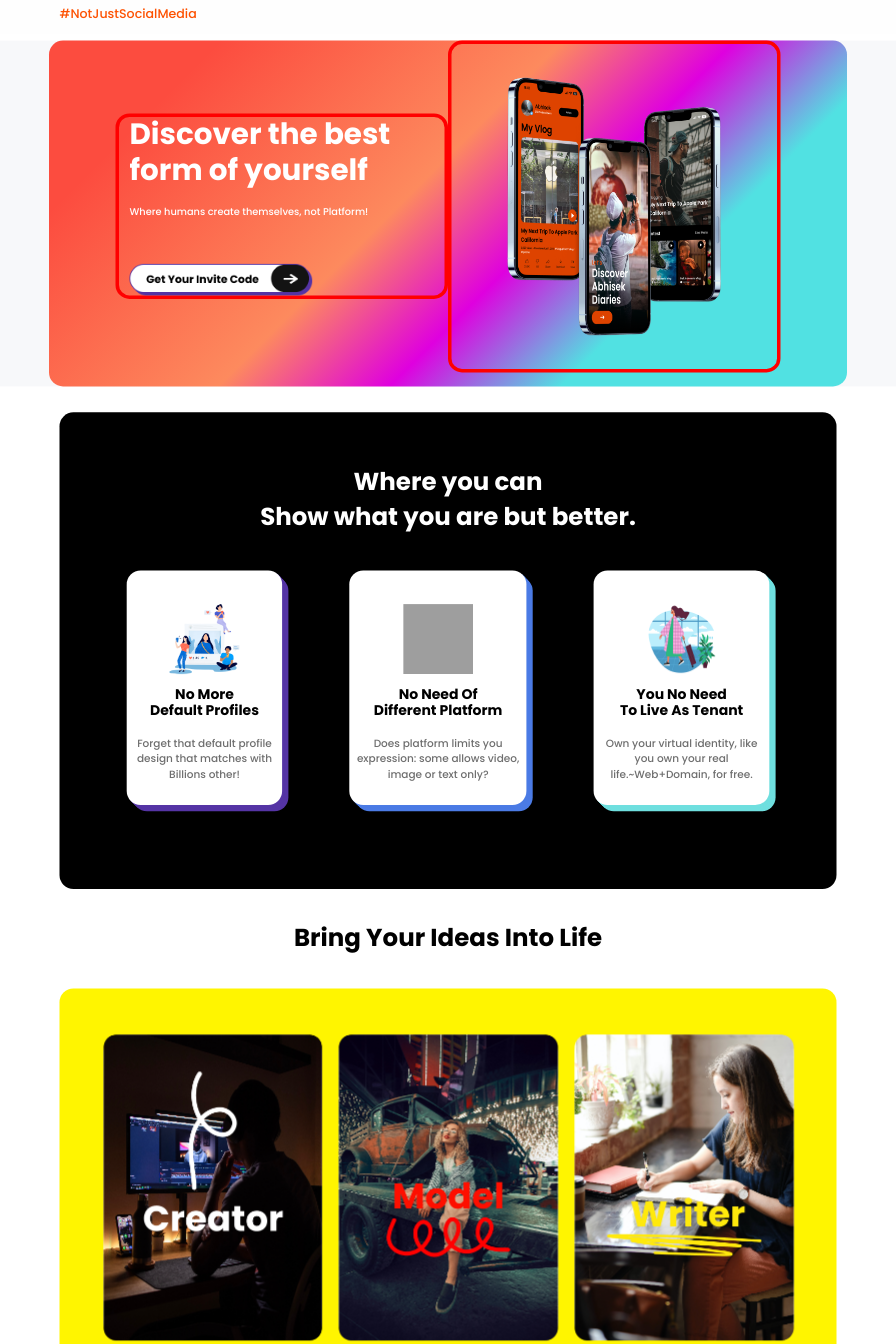
Repository: itsmesikandar/swavy.in.github.io
Page: index.html
These files come from the project's save history. The page is drawn as it stood at one moment and after the next save; the edit follows.
The browser window is 1280 px wide. The pictures show the part of the page from y = 0 to 1920 px (the page is 5181 px tall before and 5180 px after), at 70% of full size.
Pictures or frames that could not be fetched are drawn as grey boxes.

Above is the page before, as saved 2023-02-24 17:44:35.
Console error: TypeError: Cannot read properties of undefined (reading 'fn')

### index.html
<!DOCTYPE html>
<html lang="en">
<head>
  <title>Swavy | Not Just Social Media</title>

  <meta charset="UTF-8">
  <meta name="viewport" content="width=device-width, initial-scale=1.0">
  <meta http-equiv="X-UA-Compatible" content="ie=edge">
  <link rel="stylesheet" href="vendors/owl-carousel/css/owl.carousel.min.css">
  <link rel="stylesheet" href="vendors/owl-carousel/css/owl.theme.default.css">
  <link rel="stylesheet" href="vendors/mdi/css/materialdesignicons.min.css">
  <link rel="stylesheet" href="vendors/aos/css/aos.css">
  <link rel="stylesheet" href="css/style.min.css">
  <link rel="stylesheet" href="css/style.css">
  <link rel="stylesheet"
        href="https://cdnjs.cloudflare.com/ajax/libs/OwlCarousel2/2.3.4/assets/owl.carousel.min.css"
        integrity="sha512-tS3S5qG0BlhnQROyJXvNjeEM4UpMXHrQfTGmbQ1gKmelCxlSEBUaxhRBj/EFTzpbP4RVSrpEikbmdJobCvhE3g=="
        crossorigin="anonymous" />
  <link rel="stylesheet"
        href="https://cdnjs.cloudflare.com/ajax/libs/OwlCarousel2/2.3.4/assets/owl.theme.default.min.css"
        integrity="sha512-sMXtMNL1zRzolHYKEujM2AqCLUR9F2C4/05cdbxjjLSRvMQIciEPCQZo++nk7go3BtSuK9kfa/s+a4f4i5pLkw=="
        crossorigin="anonymous" />

</head>
<body id="body" data-spy="scroll" data-target=".navbar" data-offset="100">
  <header id="header-section">
    <nav class="navbar navbar-expand-lg pl-3 pl-sm-0 py-4" id="navbar">
    <div class="container">
      <div class="navbar-brand-wrapper d-flex ">
        <h4 style="color:rgb(253, 81, 1); font-size: 18px;">#NotJustSocialMedia</h4>
      </div>
    </div>
    </nav>
  </header>
  <div class="banner" >
    <div class="container bg_color_zero">
      <div class="row align-items-center justify-content-center">

        <div class=" col-lg-offset-2 col-lg-5 col-md-6 align-left border-to ">
          <div class="">
            <h1 class="m-0 font-wt-h1 mb-4">Discover the best<br> form of yourself</h1>
            <p class="font-wt-h ">Where humans create themselves, not Platform!</p>
            <img class="mt-5" width="60%" src="images/img-top.png" >
          </div>
        </div>
        <div class="col-lg-5 col-md-6 border-to">
          <div class="py-5" id="imgr">
            <img src="images/vlog.png" >
          </div>
        </div>
      </div>
      <!-- <h1 class="font-weight-semibold margin-top" id="ht">Discover<br>The Best Form Of Yourself</h1>
      <h5 class="font-weight-normal text-muted pb-3">Where humans create themselves, not Platform.</h5>
      <img src="images/hero-img.png" alt="" class="img-fluid"> -->
    </div>
  </div>
      <div class="content-wrapper ">
        <div class="container">

          <section class="features-overview bg_color_first " id="features-section" >

            <div class="content-header  ">
              <h2 class="section-subtitle color-white"><b>Where you can</b></h4>
              <h2 class="color-white"><b>Show what you are but better.</b></h4>
            </div>

            <div class="d-md-flex justify-content-between mx-5">
              <div class="grid-margin justify-content-center bg_color_white box-shadow-3d-a mx-5 px-2">
                <div class="features-width text-center py-3 pt-5">
                  <img src="images/nomore.png" width="100" height="100" alt="" class="img-icons">
                  <h5 class="py-3 font-weigh-sub">No More<br>Default Profiles</h5>
                  <p class="text-muted font-wt-p">Forget that default profile design that matches with Billions other!</p>
                </div>
              </div>
              <div class="grid-margin  justify-content-center bg_color_white box-shadow-3d-b mx-5 px-2">
                <div class="features-width text-center py-3 pt-5">
                  <img src="images/noplatform.jpg" width="100" height="100" alt="" class="img-icons">
                  <h5 class="py-3 font-weigh-sub">No Need Of<br>Different Platform</h5>
                  <p class="text-muted font-wt-p">Does platform limits you expression: some allows video, image or text only?
                  </p>
                </div>
              </div>
              <div class="grid-margin justify-content-center bg_color_white box-shadow-3d-c mx-5 px-2">
                <div class="features-width text-center py-3 pt-5">
                  <img src="images/tenent.png" width="100" height="100" alt="" class="img-icons">
                  <h5 class="py-3 font-weigh-sub">You No Need<br>To Live As Tenant</h5>
                  <p class="text-muted font-wt-p">Own your virtual identity, like you own your real life.~Web+Domain, for free.</p>
                </div>
              </div>
            </div>
          </section>

          <div class="col-12 text-center pb-4">
            <h2 class="section-subtitle mt-5"><b>Bring Your Ideas Into Life</b></h2>
          </div>

          <section class=" features-overview customer-feedback bg_color_second" id="feedback-section">
            <div class="container">
              <div class="row">
                <div class="col-12 paa-5">
                  <div class="owl-carousel owl-theme">
                    <div class="card customer-cards">
                      <img src="images/educator.png"  alt="" >
                    </div>
                    <div class="card customer-cards">
                      <img src="images/creator.png"  alt="" >
                    </div>
                    <div class="card customer-cards">
                      <img src="images/model.png"  alt="" >
                    </div>
                    <div class="card customer-cards">
                      <img src="images/writer.png"  alt="" >
                    </div>
                  </div>
                </div>
              </div>
            </div>

          </section>

          <section class="features-overview bg_color_third " id="features-section" >
            <div class="container">
              <div class="row align-items-center ">
                <div class="col-12  col-lg-offset-1 col-lg-6 grid-margin grid-margin-lg-0 align-left pl-5 pt-5 pb-5 align-items-center justify-content-center" data-aos="fade-right">
                  <h2 class="m-0 font-wt-h3 mb-5">Makes your Personality<br>visible like your<br>Identity.</h2>
                  <div class="col-lg-12  font-wt-wb box-shadow-3d-d">
                    <p class=" font-wt-c mt-2">Whether you are a model who never skips shooting, a blogger who writes about his life and publishes online, or a seller who sends products with happiness.</p>
                    <p class="font-wt-c ">Whatever your personality is, it can now be reflected online, No Different Platform.</p>
                    <h4 class="font-wt-p color-black">#PlaceForAll</h4>
                  </div>
                </div>
                <div class="col-12  col-lg-6  img-digital grid-margin grid-margin-lg-0 pr-5 pt-5 pb-5" data-aos="fade-left">
                  <div class="carousel slide" data-ride="carousel">
                    <div class="carousel-inner">
                      <div class="carousel-item active">
                        <img src="images/vlog.png" alt="" class="img-fluid d-block w-100">
                      </div>
                      <div class="carousel-item ">
                        <img src="images/show.png" alt="" class="img-fluid d-block w-100">
                      </div>
                      <div class="carousel-item ">
                        <img src="images/podcast.png" alt="" class="img-fluid d-block w-100">
                      </div>
                      <div class="carousel-item ">
                        <img src="images/sell.png" alt="" class="img-fluid d-block w-100">
                      </div>
                    </div>
                  </div>
                </div>
              </div>
            </div>
          </section>

          <section class="features-overview bg_color_fourth " id="features-section" >
            <div class="container">
              <div class="row align-items-center ">
                <div class="col-12 col-lg-6  img-digital grid-margin grid-margin-lg-0 pl-5 pt-5 pb-5 " data-aos="fade-right">
                  <div class="carousel slide" data-ride="carousel">
                    <div class="carousel-inner">
                      <div class="carousel-item active">
                        <img src="images/class.png" alt="" class="img-fluid d-block w-100">
                      </div>
                      <div class="carousel-item ">
                        <img src="images/radhika.png" alt="" class="img-fluid d-block w-100">
                      </div>
                      <div class="carousel-item ">
                        <img src="images/news.png" alt="" class="img-fluid d-block w-100">
                      </div>
                    </div>
                  </div>
                </div>
                <div class="col-12 col-lg-6 col-lg-offset-1 grid-margin grid-margin-lg-0 align-left pr-5 pt-5 pb-5" data-aos="fade-left">
                  <h3 class="m-0 font-wt-h3 mb-5">Share your knowledge<br> with people around the world.</h3>
                  <div class="col-lg-12  font-wt-wb box-shadow-3d-d">
                    <p class="font-wt-c mt-2">Now you don't need any medium to publish articles, Don't need to create an app to teach or be on TV to spread your cooking skills.</p>
                    <p class="font-wt-c">Just create, design and connect with everyone, through website to website!.</p>
                    <h4 class="font-wt-p color-black">#PlaceWhereHumanExists</h4>
                  </div>
                </div>
              </div>
            </div>
          </section>

          <div class="col-12 text-center py-4 mt-2">
            <h2><b>Be the human that exist in<br>real world.</b></h2>
          </div>

          <section class="case-studies bg_color_fifth" id="case-studies-section">
            <div class="container">
              <div class="row ">


                <div class="col-12 col-md-6 col-lg-4 stretch-card mb-3 mb-lg-3 " data-aos="zoom-in">
                  <div class="card customer-cards font-wt-wb box-shadow-3d-e">
                    <div class="card-body">
                      <div class="text-center">
                        <img src="images/goalive.png" width="100" height="100" alt="" class="img-customer">
                        <div class="content-divider m-auto"></div>
                        <h6 class="card-title pt-3 font-weigh-sub">No profiles just you!</h6>
                        <p class="m-0 py-3  font-wt-p">Whether Writer or Model no need to choose different platform, We have place for People (not users) to express whatever way you like.</p>
                      </div>
                    </div>
                  </div>
                </div>

                <div class="col-12 col-md-6 col-lg-4 stretch-card mb-3 mb-lg-3 " data-aos="zoom-in" data-aos-delay="200">
                  <div class="card customer-cards card customer-cards font-wt-wb box-shadow-3d-e">
                    <div class="card-body">
                      <div class="text-center">
                        <img src="images/friends.jpg" width="100" height="100" alt="" class="img-customer">
                        <div class="content-divider m-auto"></div>
                        <h6 class="card-title pt-3 font-weigh-sub">Web to Web</h6>
                        <p class="m-0 py-3 font-wt-p">A Platform where Humans can interact, follow, message & stay linked with each other while being on website & that’s Social Engine!</p>
                      </div>
                    </div>
                  </div>
                </div>

                <div class="col-12 col-md-6 col-lg-4 stretch-card mb-3 mb-lg-3" data-aos="zoom-in" data-aos-delay="400">
                  <div class="card customer-cards font-wt-wb box-shadow-3d-e">
                    <div class="card-body">
                      <div class="text-center">
                        <img src="images/create.jpg" width="100" height="100" alt="" class="img-customer">
                        <div class="content-divider m-auto"></div>
                        <h6 class="card-title pt-3 font-weigh-sub">Create yourself</h6>
                        <p class="m-0 py-3 font-wt-p">Describe yourself, choose your design, have your content (In format you want) & get yourself a personalize look .</p>
                      </div>
                    </div>
                  </div>
                </div>

                <div class="col-12 col-md-6 col-lg-4 stretch-card mb-3 mb-lg-3" data-aos="zoom-in" data-aos-delay="600">
                  <div class="card customer-cards font-wt-wb box-shadow-3d-e">
                    <div class="card-body">
                      <div class="text-center">
                        <img src="images/own.jpg" width="100" height="100" alt="" class="img-customer">
                        <div class="content-divider m-auto"></div>
                        <h6 class="card-title pt-3 font-weigh-sub">Own your identity</h6>
                        <p class="m-0 py-3 font-wt-p">It’s not just your identity, It’s your Website which you can own linking with domain and let yourself be discovered on web.</p>
                      </div>
                    </div>
                  </div>
                </div>

                <div class="col-12 col-md-6 col-lg-4 stretch-card mb-3 mb-lg-3" data-aos="zoom-in" data-aos-delay="400">
                  <div class="card customer-cards font-wt-wb box-shadow-3d-e">
                    <div class="card-body">
                      <div class="text-center">
                        <img src="images/design.jpg" width="100" height="100" alt="" class="img-customer">
                        <div class="content-divider m-auto"></div>
                        <h6 class="card-title pt-3 font-weigh-sub">Design your personality</h6>
                        <p class="m-0 py-3 font-wt-p">NO CODE, find your style in our UI skins + get content & done. OR Create your own & customize font, size, color, layout as your wish.</p>
                      </div>
                    </div>
                  </div>
                </div>

                <div class="col-12 col-md-6 col-lg-4 stretch-card mb-3 mb-lg-3" data-aos="zoom-in" data-aos-delay="600">
                  <div class="card customer-cards font-wt-wb box-shadow-3d-e">
                    <div class="card-body">
                      <div class="text-center">
                        <img src="images/ticket.png" width="100" height="100" alt="" class="img-customer">
                        <div class="content-divider m-auto"></div>
                        <h6 class="card-title pt-3 font-weigh-sub">Get your ticket</h6>
                        <p class="m-0 py-3 font-wt-p">Enter a secret code[Didn’t get yet!] Join the wait list to get INVITED. Experience making yourself who you’re, on the Internet.</p>
                      </div>
                    </div>
                  </div>
                </div>

              </div>
            </div>
          </section>

        </div>

        <div class="content-wrapper ">
          <div class="container">
              <div class="row justify-content-center align-items-center">
                  <div class="col-sm-2 col-md-2 col-lg-2" data-aos="zoom-in">
                    <img  src="images/img-left.png" alt="" class="img-fluid">
                  </div>
                  <div class="col-sm-8 col-md-8 col-lg-6 " data-aos="zoom-in">
                    <img  src="images/img-middle.png" alt="" class="img-fluid">
                  </div>
                  <div class="col-sm-2 col-md-2 col-lg-2 " data-aos="zoom-in">
                    <img  src="images/img-right.png" alt="" class="img-fluid">
                  </div>
              </div>
          </div>
        </div>

        <section class="text-center align-items-center " >
          <div class="container  bg_color_sixth">
            <div class="contact-us-bgimage py-2" >
              <div class="py-4">
                <h1 class="px-3 px-md-0 m-0 fw" data-aos="fade-down"><span class="color-white">Apply</span> to join our<br>private network</h1>
                <h6 class="mt-3 color-white">Available to invited members only.</h6>
              </div>

              <div data-aos="fade-up">
                <div class="col-12  offset-sm-3 col-sm-6 offset-sm-3 offset-lg-4 col-lg-4 offset-lg-4 ">
                  <form name="submit-to-google-sheet" id="myForm">
                    <input type="email" name="Email" class="input-form-control r-20" id="Email" placeholder="Email id">
                    <div class="pt-3">
                      <button type="submit" class="btn btn-danger font-weight-medium r-20">Get Early Access</button>
                    </div>
                  </form>
                </div>
              </div>
            </div>
          </div>
        </section>

      </div>

  <script>
       !function(){var analytics=window.analytics=window.analytics||[];if(!analytics.initialize)if(analytics.invoked)window.console&&console.error&&console.error("Segment snippet included twice.");else{analytics.invoked=!0;analytics.methods=["trackSubmit","trackClick","trackLink","trackForm","pageview","identify","reset","group","track","ready","alias","debug","page","once","off","on","addSourceMiddleware","addIntegrationMiddleware","setAnonymousId","addDestinationMiddleware"];analytics.factory=function(e){return function(){var t=Array.prototype.slice.call(arguments);t.unshift(e);analytics.push(t);return analytics}};for(var e=0;e<analytics.methods.length;e++){var key=analytics.methods[e];analytics[key]=analytics.factory(key)}analytics.load=function(key,e){var t=document.createElement("script");t.type="text/javascript";t.async=!0;t.src="https://cdn.segment.com/analytics.js/v1/" + key + "/analytics.min.js";var n=document.getElementsByTagName("script")[0];n.parentNode.insertBefore(t,n);analytics._loadOptions=e};analytics._writeKey="sy1jEkZRdvqaCf5dOWhj4yyXbsgHlnL4";;analytics.SNIPPET_VERSION="4.15.3";
        analytics.load("sy1jEkZRdvqaCf5dOWhj4yyXbsgHlnL4");
        analytics.page();
        }}();


    const scriptURL = 'https://script.google.com/macros/s/AKfycbxXpgQgQMZqhFNl4IiDehqWTr5-PkKsvUA7oIWJAg1q1VEVA7wHIRvszY07XR8cTBPduQ/exec'
    const form = document.forms['submit-to-google-sheet']
    //const formm = document.forms['submit-to-google-sheet']
    const fr = document.getElementById("myForm")
    //const frr = document.getElementById("myFormm")

    // formm.addEventListener('submit', e => {
    //   e.preventDefault()
    //   fetch(scriptURL, { method: 'POST', body: new FormData(formm)})
    //     .then(response =>
    //     frr.reset())
    //     .catch(error => console.error('Error###', error.message))
    // })

    form.addEventListener('submit', e => {
      e.preventDefault()
      fetch(scriptURL, { method: 'POST', body: new FormData(form)})
        .then(response =>
        fr.reset())
        .catch(error => console.error('Error!!!!!!', error.message))
    })

  </script>
  <script src="https://cdnjs.cloudflare.com/ajax/libs/OwlCarousel2/2.3.4/owl.carousel.min.js"
  integrity="sha512-bPs7Ae6pVvhOSiIcyUClR7/q2OAsRiovw4vAkX+zJbw3ShAeeqezq50RIIcIURq7Oa20rW2n2q+fyXBNcU9lrw=="
  crossorigin="anonymous"></script>
  <script src="vendors/jquery/jquery.min.js"></script>
  <script src="vendors/bootstrap/bootstrap.min.js"></script>
  <script src="vendors/owl-carousel/js/owl.carousel.min.js"></script>
  <script src="vendors/aos/js/aos.js"></script>
  <script src="js/landingpage.js"></script>
</body>
</html>

### js/landingpage.js
// HEADER ANIMATION
window.onscroll = function() {scrollFunction()};
var element = document.getElementById("body");
function scrollFunction() {
  if (document.body.scrollTop > 400 || document.documentElement.scrollTop > 400) {
      $(".navbar").addClass("fixed-top");
      element.classList.add("header-small");
      $("body").addClass("body-top-padding");

  } else {
      $(".navbar").removeClass("fixed-top");
      element.classList.remove("header-small");
      $("body").removeClass("body-top-padding");
  }
}

// OWL-CAROUSAL
$('.owl-carousel').owlCarousel({
    items: 3,
    loop:true,
    nav:false,
    dot:true,
    autoplay: true,
    slideTransition: 'linear',
    autoplayHoverPause: true,
    responsive:{
      0:{
          items:1
      },
      600:{
          items:2
      },
      1000:{
          items:3
      }
  }
})

// SCROLLSPY
$(document).ready(function() {
  $(".nav-link").click(function() {
      var t = $(this).attr("href");
      $("html, body").animate({
          scrollTop: $(t).offset().top - 75
      }, {
          duration: 1000,
      });
      $('body').scrollspy({ target: '.navbar',offset: $(t).offset().top });
      return false;
  });

});

// AOS
AOS.init({
    offset: 120,
    delay: 0,
    duration: 1200,
    easing: 'ease',
    once: true,
    mirror: false,
    anchorPlacement: 'top-bottom',
    disable: "mobile"
  });

//SIDEBAR-OPEN
  $('#navbarSupportedContent').on('hidden.bs.collapse', function () {
    $("body").removeClass("sidebar-open");
  })

  $('#navbarSupportedContent').on('shown.bs.collapse', function () {
    $("body").addClass("sidebar-open");
  })


  window.onresize = function() {
    var w = window.innerWidth;
    if(w>=992) {
      $('body').removeClass('sidebar-open');
      $('#navbarSupportedContent').removeClass('show');
    }
  }

Loaded but not shown: vendors/owl-carousel/css/owl.carousel.min.css (library); vendors/owl-carousel/css/owl.theme.default.css (common file); vendors/mdi/css/materialdesignicons.min.css (library); vendors/aos/css/aos.css (library); css/style.min.css (library); css/style.css (library); vendors/jquery/jquery.min.js (library); vendors/bootstrap/bootstrap.min.js (library); vendors/owl-carousel/js/owl.carousel.min.js (library); vendors/aos/js/aos.js (library)

After the next save:
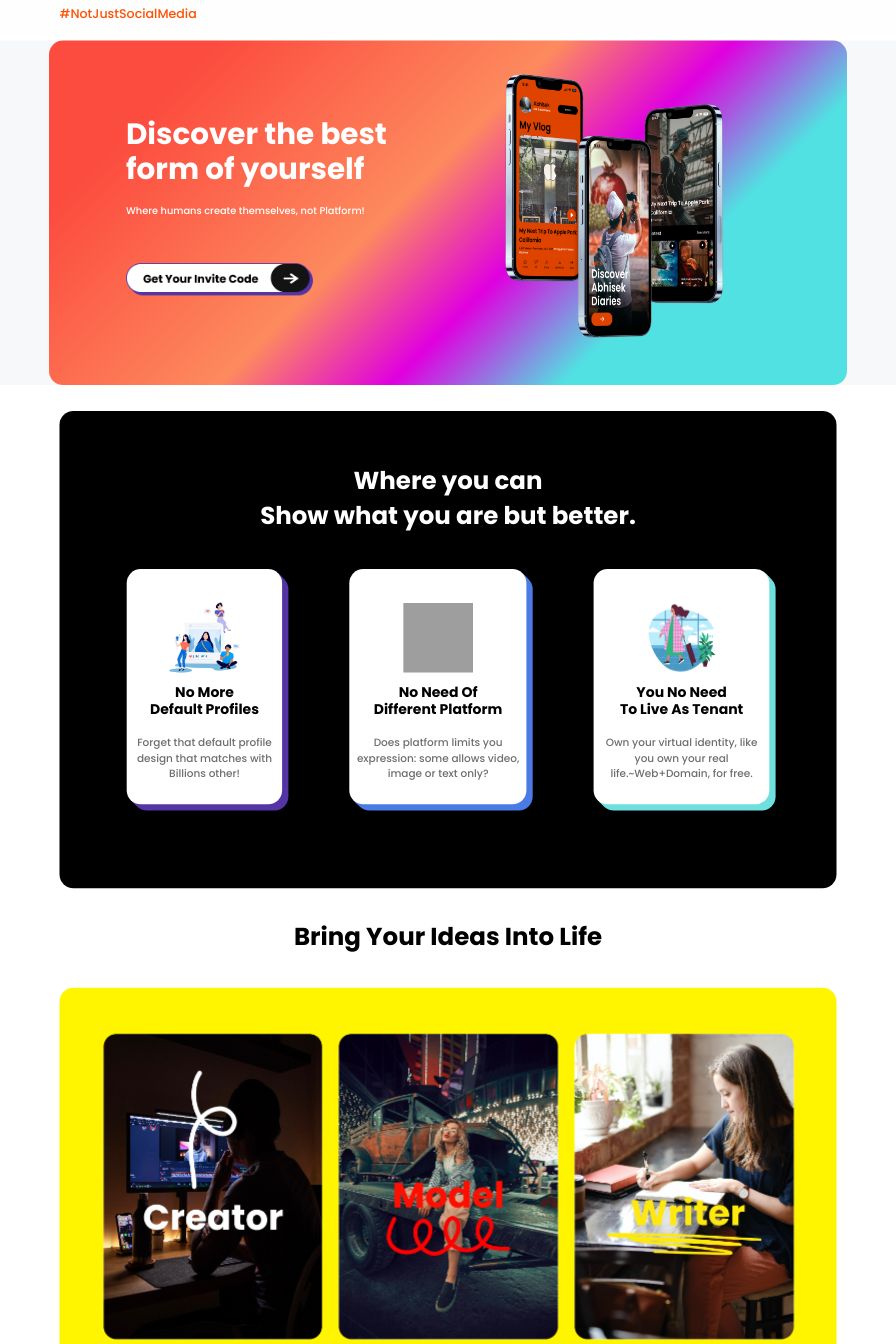
Saved 32 s later.
--- a/index.html
+++ b/index.html
@@ -36,14 +36,14 @@
     <div class="container bg_color_zero">
       <div class="row align-items-center justify-content-center">
 
-        <div class=" col-lg-offset-2 col-lg-5 col-md-6 align-left border-to ">
+        <div class=" col-lg-offset-2 col-lg-5 col-md-6 align-left  ">
           <div class="">
             <h1 class="m-0 font-wt-h1 mb-4">Discover the best<br> form of yourself</h1>
             <p class="font-wt-h ">Where humans create themselves, not Platform!</p>
             <img class="mt-5" width="60%" src="images/img-top.png" >
           </div>
         </div>
-        <div class="col-lg-5 col-md-6 border-to">
+        <div class="col-lg-5 col-md-6 ">
           <div class="py-5" id="imgr">
             <img src="images/vlog.png" >
           </div>
